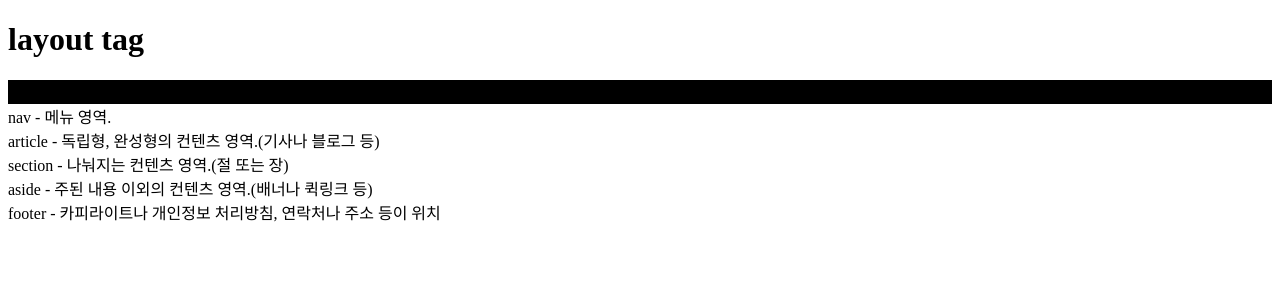
Repository: Git-Seokcoding/WEB
Page: CSS3/src/main/webapp/layout.html
These files come from the project's save history. The page is drawn as it stood at one moment and after the next save; the edit follows.
The browser window is 1280 px wide. The pictures show the whole page.

Above is the page before, as saved 2023-10-12 07:10:42.

### CSS3/src/main/webapp/layout.html
<!DOCTYPE html>
<html>
<head>
<meta charset="UTF-8">
<title>layout tag</title>
</head>
<body>
	<h1>layout tag</h1>
	<header style="background-color: #000;co">
	header - 머리말 영역. 주로 로고나 로그인, 검색 등이 위치
	</header>
	<nav>
	nav - 메뉴 영역.
	</nav>
	<article>
	article - 독립형, 완성형의 컨텐츠 영역.(기사나 블로그 등)
	</article>
	<section>
	section - 나눠지는 컨텐츠 영역.(절 또는 장)
	</section>
	<aside>
	aside - 주된 내용 이외의 컨텐츠 영역.(배너나 퀵링크 등)
	</aside>
	<footer>
	footer - 카피라이트나 개인정보 처리방침, 연락처나 주소 등이 위치
	</header>
	</footer>


</body>
</html>

After the next save:
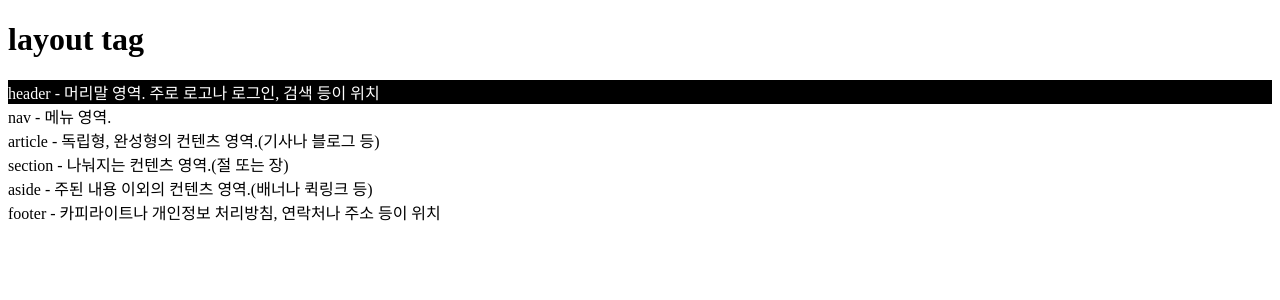
Saved 13 s later.
--- a/CSS3/src/main/webapp/layout.html
+++ b/CSS3/src/main/webapp/layout.html
@@ -6,7 +6,7 @@
 </head>
 <body>
 	<h1>layout tag</h1>
-	<header style="background-color: #000;co">
+	<header style="background-color: #000;color: #fff;">
 	header - 머리말 영역. 주로 로고나 로그인, 검색 등이 위치
 	</header>
 	<nav>
